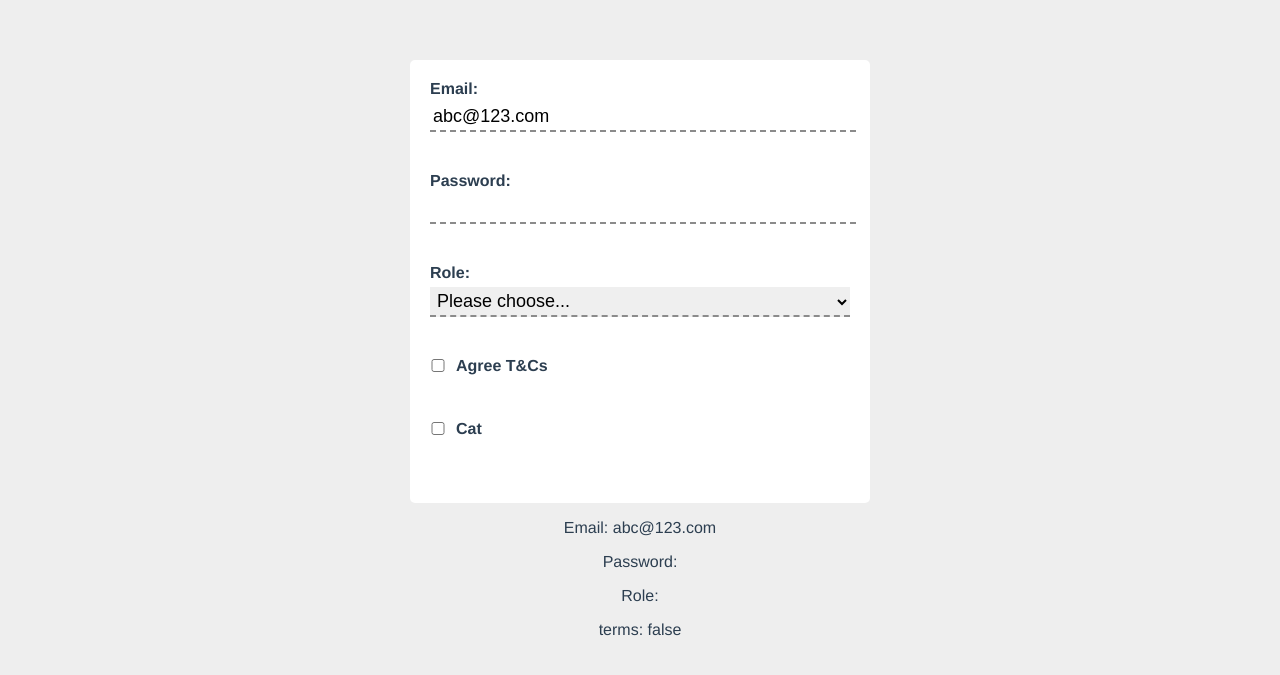
Repository: technogize/vue-forms
Page: /
These files come from the project's save history. The page is drawn as it stood at one moment and after the next save; the edit follows.
The browser window is 1280 px wide. The pictures show the whole page.
The project was rebuilt for these pictures with package versions that can differ from the ones it lists, and the page was loaded fresh each time.

Above is the page before, as saved 2021-02-26 14:35:07.

After the next save:
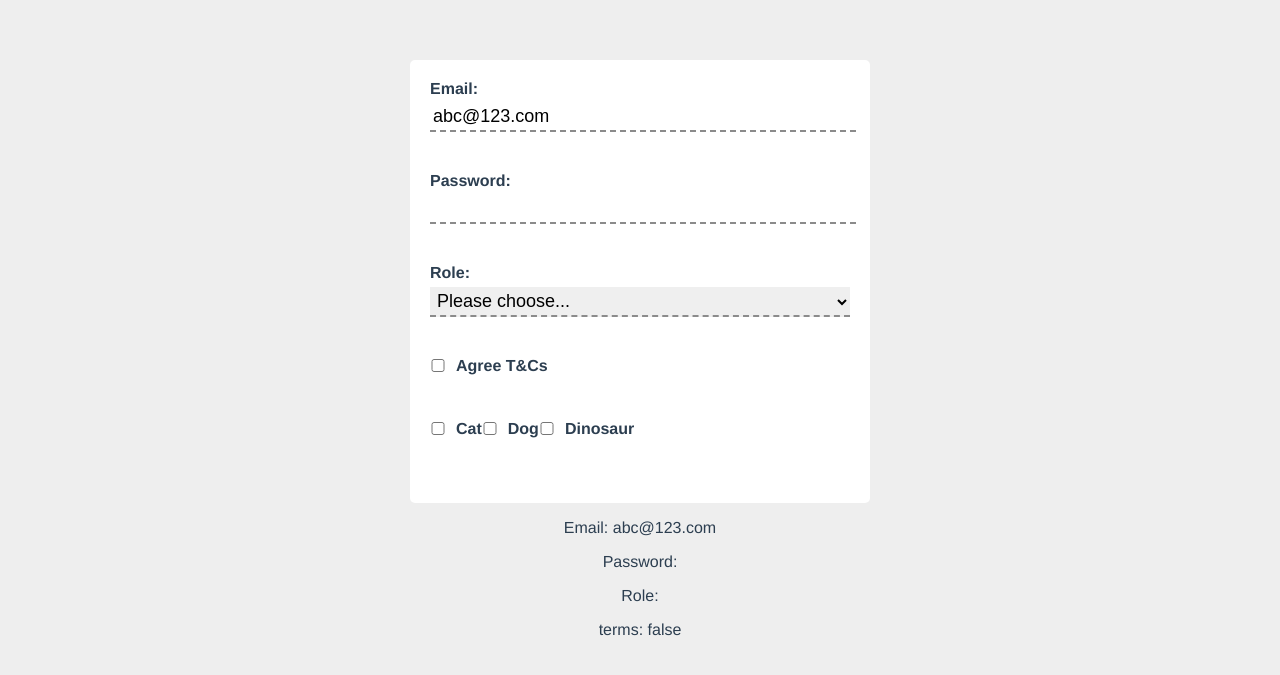
Saved 23 s later.
--- a/src/components/SignupForm.vue
+++ b/src/components/SignupForm.vue
@@ -28,6 +28,8 @@
 
     <div class="field checkboxField">
       <input type="checkbox" v-model="animal" /><label>Cat</label>
+      <input type="checkbox" v-model="animal" /><label>Dog</label>
+      <input type="checkbox" v-model="animal" /><label>Dinosaur</label>
     </div>
   </form>
 
